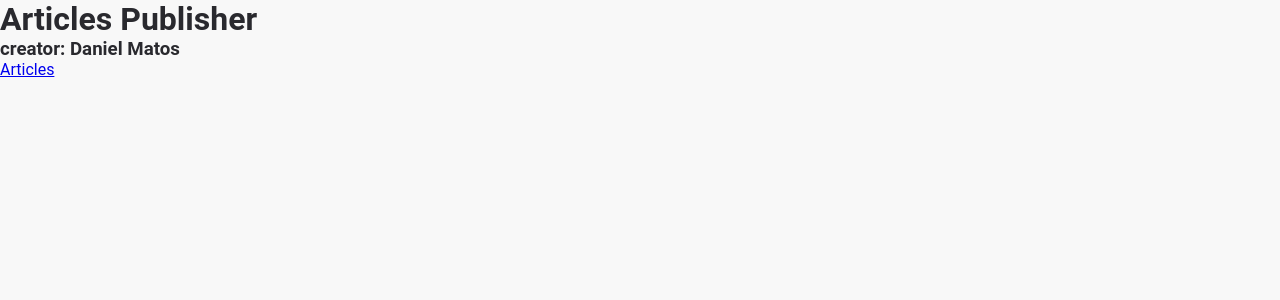
Repository: batmit/publish_articles
Page: /
An editor plug-in stored every save of this project. The page is shown before and after the next save, followed by the edit.
The browser window is 1280 px wide. The pictures show the whole page.
The project was rebuilt for these pictures with package versions that can differ from the ones it lists, and the page was loaded fresh each time. Also part of the build but not shown: src/pages/articles.tsx, src/styles/Home.scss.

Above is the page before, as saved 2021-06-28 21:55:23.

### public/index.html
<!DOCTYPE html>
<html lang="en">
  <head>
    <meta charset="utf-8" />
    <meta name="viewport" content="width=device-width, initial-scale=1" />
    <meta name="theme-color" content="#000000" />
    <meta
      name="description"
      content="Web site created using create-react-app"
    />
    <title>publish_articles</title>
  </head>
  <body>
    <noscript>You need to enable JavaScript to run this app.</noscript>
    <div id="root"></div>
    <!--
      This HTML file is a template.
      If you open it directly in the browser, you will see an empty page.

      You can add webfonts, meta tags, or analytics to this file.
      The build step will place the bundled scripts into the <body> tag.

      To begin the development, run `npm start` or `yarn start`.
      To create a production bundle, use `npm run build` or `yarn build`.
    -->
  </body>
</html>

### src/App.tsx
import React from 'react';
import { BrowserRouter, Route } from 'react-router-dom';
import { Articles } from './pages/articles';


import {Home} from './pages/Home';

import './styles/global.scss';



function App() {
  return (

    <BrowserRouter>

      <Route path='/' exact component={Home} />

      <Route path='/articles' component={Articles} />



    </BrowserRouter>

  );
}

export default App;

### src/pages/Home.tsx
import { Link } from 'react-router-dom'
import '../styles/Home.scss'

export function Home() {
    return (
        <>
            <header>

                <h1>Articles Publisher</h1>
                <h3>creator: Daniel Matos</h3>

            </header>

            <main>

                <Link to='/articles'>Articles</Link>

            </main>
        </>


    );
}

### src/styles/global.scss
* {
    margin: 0;
    padding: 0;
    box-sizing: boder-box;
}

body{
    background: #f8f8f8;
    color: #29292e;
}

body, input, button, textarea {
    font: 400 16px 'Roboto', sans-serif ; // se não rodar o Roboto pega o sans-serif
}

Loaded but not shown: src/index.tsx (common file)

After the next save:
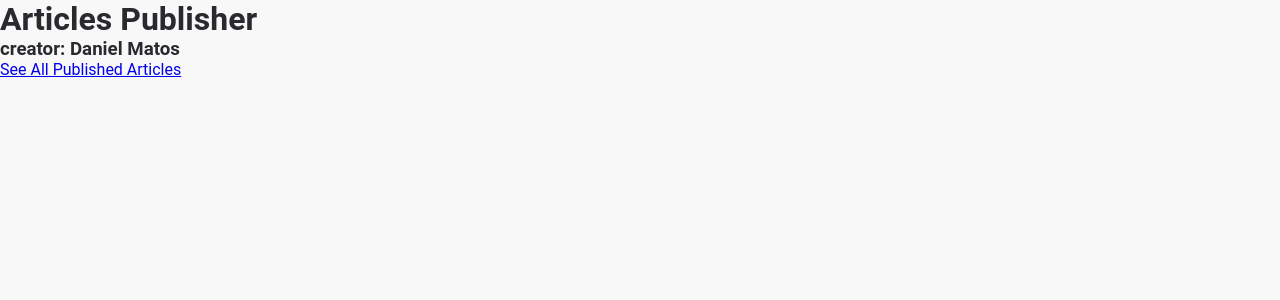
Saved 39 s later.
--- a/src/pages/Home.tsx
+++ b/src/pages/Home.tsx
@@ -13,7 +13,7 @@ export function Home() {
 
             <main>
 
-                <Link to='/articles'>Articles</Link>
+                <Link to='/articles'>See All Published Articles</Link>
 
             </main>
         </>
